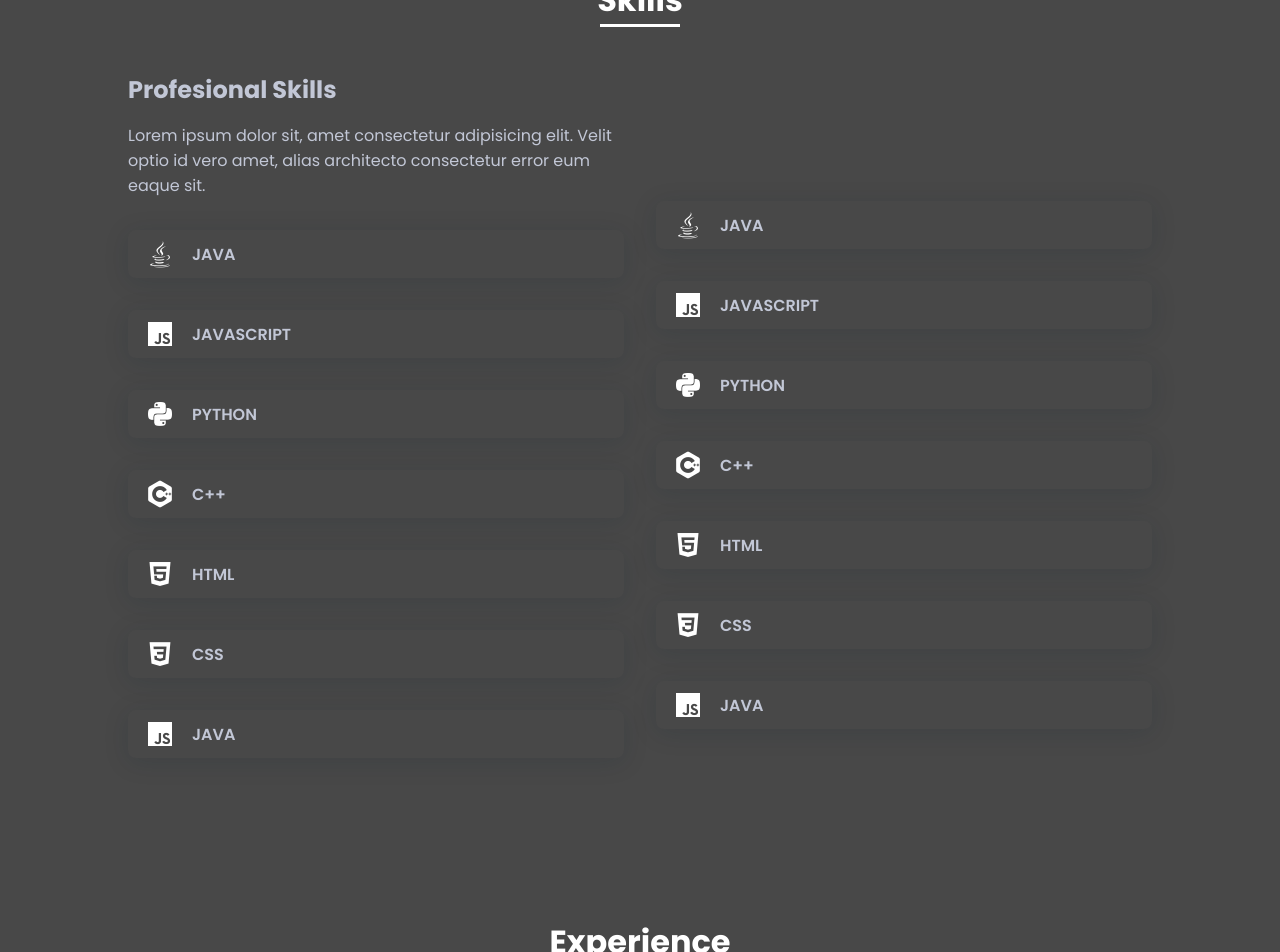
Repository: joshliu14/joshliu14.github.io
Page: index.html
The author's editor kept a copy of each file at every save. The page is drawn from the files as they stood at one save, then again after the next save.
The browser window is 1280 px wide. The pictures show the part of the page from y = 1266 to 2218 px (the page is 3595 px tall).
A picture or video elsewhere on the page could not be fetched, so the positions and the page height are approximate.

Above is the page before, as saved 2024-02-01 00:10:54.

### index.html
<!DOCTYPE html>
<html lang="en">
  <head>
    <meta charset="UTF-8" />
    <meta name="viewport" content="width=device-width, initial-scale=1.0" />

    <link rel="stylesheet" href="assets/css/web.css" />

    <!-- =====BOX ICONS===== -->
    <link
      href="https://unpkg.com/boxicons@2.1.4/css/boxicons.min.css"
      rel="stylesheet"
    />

    <title>Joshua Liu</title>
  </head>
  <body>
    <!--===== HEADER =====-->
    <header class="l-header">
      <nav class="nav bd-grid">
        <div>
          <a href="#" class="nav__logo">Joshua Liu</a>
        </div>

        <div class="nav__menu" id="nav-menu">
          <ul class="nav__list">
            <li class="nav__item">
              <a href="#home" class="nav__link active-link">Home</a>
            </li>
            <li class="nav__item">
              <a href="#about" class="nav__link">About</a>
            </li>
            <li class="nav__item">
              <a href="#skills" class="nav__link">Skills</a>
            </li>
            <li class="nav__item">
              <a href="#work" class="nav__link">Experience</a>
            </li>
            <li class="nav__item">
              <a href="#contact" class="nav__link">Info</a>
            </li>
          </ul>
        </div>

        <div class="nav__toggle" id="nav-toggle">
          <i class="bx bx-menu"></i>
        </div>
      </nav>
    </header>

    <main class="l-main">
      <!--===== HOME =====-->
      <section class="home bd-grid" id="home">
        <div class="home__data">
          <h1 class="home__title">
            Hi,<br />I'm <span class="home__title-color">Josh</span><br />
          </h1>

          <a href="resume.pdf" class="button">Resume</a>
        </div>

        <div class="home__social">
          <a
            href="https://www.linkedin.com/in/joshua-liu-727847208/"
            class="home__social-icon"
            ><i class="bx bxl-linkedin"></i
          ></a>
          <a href="" class="home__social-icon"
            ><i class="bx bxl-behance"></i
          ></a>
          <a href="https://github.com/joshliu14" class="home__social-icon"
            ><i class="bx bxl-github"></i
          ></a>
        </div>

        <div class="home__img">
          <svg
            class="home__blob"
            viewBox="0 0 479 467"
            xmlns="http://www.w3.org/2000/svg"
            xmlns:xlink="http://www.w3.org/1999/xlink"
          >
            <mask id="mask0" mask-type="alpha">
              <path
                d="M9.19024 145.964C34.0253 76.5814 114.865 54.7299 184.111 29.4823C245.804 6.98884 311.86 -14.9503 370.735 14.143C431.207 44.026 467.948 107.508 477.191 174.311C485.897 237.229 454.931 294.377 416.506 344.954C373.74 401.245 326.068 462.801 255.442 466.189C179.416 469.835 111.552 422.137 65.1576 361.805C17.4835 299.81 -17.1617 219.583 9.19024 145.964Z"
              />
            </mask>
            <g mask="url(#mask0)">
              <path
                d="M9.19024 145.964C34.0253 76.5814 114.865 54.7299 184.111 29.4823C245.804 6.98884 311.86 -14.9503 370.735 14.143C431.207 44.026 467.948 107.508 477.191 174.311C485.897 237.229 454.931 294.377 416.506 344.954C373.74 401.245 326.068 462.801 255.442 466.189C179.416 469.835 111.552 422.137 65.1576 361.805C17.4835 299.81 -17.1617 219.583 9.19024 145.964Z"
              />
              <image
                class="home__blob-img"
                x="30"
                y="65"
                href="assets/img/profile.png"
              />
            </g>
          </svg>
        </div>
      </section>

      <!--===== ABOUT =====-->
      <section class="about section" id="about">
        <h2 class="section-title">About</h2>

        <div class="about__container bd-grid">
          <div class="about__img">
            <img src="assets/img/about.png" alt="" />
          </div>

          <div>
            <h2 class="about__subtitle">I'm Josh</h2>
            <p class="about__text">
              I am currently a sophomore at Brandeis University pursuing a
              degree in Computer Science and Applied Mathematics. I am eager to
              contribute my programming skills to real-world scenarios, and I am
              actively seeking software engineering internship opportunities. My
              goal is to enhance my knowledge, apply theoretical concepts in
              practical settings, and contribute meaningfully to innovative
              projects.
            </p>
          </div>
        </div>
      </section>

      <!--===== SKILLS =====-->
      <section class="skills section" id="skills">
        <h2 class="section-title">Skills</h2>

        <div class="skills__container bd-grid">
          <div>
            <h2 class="skills__subtitle">Profesional Skills</h2>
            <p class="skills__text">
              Lorem ipsum dolor sit, amet consectetur adipisicing elit. Velit
              optio id vero amet, alias architecto consectetur error eum eaque
              sit.
            </p>
            <div class="skills__data">
              <div class="skills__names">
                <i class="bx bxl-java skills__icon"></i>
                <span class="skills__name">JAVA</span>
              </div>
            </div>
            <div class="skills__data">
              <div class="skills__names">
                <i class="bx bxl-javascript skills__icon"></i>
                <span class="skills__name">JAVASCRIPT</span>
              </div>
            </div>
            <div class="skills__data">
              <div class="skills__names">
                <i class="bx bxl-python skills__icon"></i>
                <span class="skills__name">PYTHON</span>
              </div>
            </div>
            <div class="skills__data">
              <div class="skills__names">
                <i class="bx bxl-c-plus-plus skills__icon"></i>
                <span class="skills__name">C++</span>
              </div>
            </div>
            <div class="skills__data">
              <div class="skills__names">
                <i class="bx bxl-html5 skills__icon"></i>
                <span class="skills__name">HTML</span>
              </div>
            </div>
            <div class="skills__data">
              <div class="skills__names">
                <i class="bx bxl-css3 skills__icon"></i>
                <span class="skills__name">CSS</span>
              </div>
            </div>
            <div class="skills__data">
              <div class="skills__names">
                <i class="bx bxl-javascript skills__icon"></i>
                <span class="skills__name">JAVA</span>
              </div>
            </div>
          </div>
          <div class="skills__column2">
            <div class="skills__data">
              <div class="skills__names">
                <i class="bx bxl-java skills__icon"></i>
                <span class="skills__name">JAVA</span>
              </div>
            </div>
            <div class="skills__data">
              <div class="skills__names">
                <i class="bx bxl-javascript skills__icon"></i>
                <span class="skills__name">JAVASCRIPT</span>
              </div>
            </div>
            <div class="skills__data">
              <div class="skills__names">
                <i class="bx bxl-python skills__icon"></i>
                <span class="skills__name">PYTHON</span>
              </div>
            </div>
            <div class="skills__data">
              <div class="skills__names">
                <i class="bx bxl-c-plus-plus skills__icon"></i>
                <span class="skills__name">C++</span>
              </div>
            </div>
            <div class="skills__data">
              <div class="skills__names">
                <i class="bx bxl-html5 skills__icon"></i>
                <span class="skills__name">HTML</span>
              </div>
            </div>
            <div class="skills__data">
              <div class="skills__names">
                <i class="bx bxl-css3 skills__icon"></i>
                <span class="skills__name">CSS</span>
              </div>
            </div>
            <div class="skills__data">
              <div class="skills__names">
                <i class="bx bxl-javascript skills__icon"></i>
                <span class="skills__name">JAVA</span>
              </div>
            </div>
          </div>
      </section>

      <!--===== Experience =====-->
      <section class="work section" id="work">
        <h2 class="section-title">Experience</h2>

        <div class="work__container bd-grid">
          <a href="" class="work__img">
            <img src="assets/img/work1.jpg" alt="" />
          </a>
          <a href="" class="work__img">
            <img src="assets/img/work2.jpg" alt="" />
          </a>
          <a href="" class="work__img">
            <img src="assets/img/work3.jpg" alt="" />
          </a>
          <a href="" class="work__img">
            <img src="assets/img/work4.jpg" alt="" />
          </a>
          <a href="" class="work__img">
            <img src="assets/img/work5.jpg" alt="" />
          </a>
          <a href="" class="work__img">
            <img src="assets/img/work6.jpg" alt="" />
          </a>
        </div>
      </section>

      <!--===== CONTACT =====-->
      <section class="contact section" id="contact">
        <h2 class="section-title">Info</h2>
        <p class="contact__input">joshuagyliu@gmail.com</p>
        <p class="contact__input">949-551-8585</p>
        <p class="contact__input">Boston, MA</p>
      </section>
    </main>

    <!--===== FOOTER =====-->
    <footer class="footer">
      <p class="footer__title">Josh Liu</p>
      <div class="footer__social">
        <a href="https://www.facebook.com/josh.liu.9847" class="footer__icon"
          ><i class="bx bxl-facebook"></i
        ></a>
        <a href="https://www.instagram.com/joshliu_" class="footer__icon"
          ><i class="bx bxl-instagram"></i
        ></a>
        <a href="https://twitter.com/jahliu" class="footer__icon"
          ><i class="bx bxl-twitter"></i
        ></a>
      </div>
      <p class="footer__copy">&#169; Joshua Liu</p>
    </footer>

    <!--===== SCROLL REVEAL =====-->
    <script src="https://unpkg.com/scrollreveal"></script>

    <!--===== MAIN JS =====-->
    <script src="assets/js/main.js"></script>
  </body>
</html>

### assets/css/web.css
/*===== GOOGLE FONTS =====*/
@import url("https://fonts.googleapis.com/css2?family=Poppins:wght@400;600;700&display=swap");
/*===== VARIABLES CSS =====*/
:root {
  --header-height: 3rem;
  --font-semi: 600;
  /*===== Colores =====*/
  /*Purple 260 - Red 355 - Blue 224 - Pink 340*/
  /* HSL color mode */
  --hue-color: 224;
  --first-color: hsl(var(--hue-color), 0%, 100%);
  --second-color: hsl(var(--hue-color), 20%, 80%);
  /*===== Fuente y tipografia =====*/
  --body-font: "Poppins", sans-serif;
  --big-font-size: 2rem;
  --h2-font-size: 1.25rem;
  --normal-font-size: 0.938rem;
  --smaller-font-size: 0.75rem;
  /*===== Margenes =====*/
  --mb-2: 1rem;
  --mb-4: 2rem;
  --mb-5: 2.5rem;
  --mb-6: 3rem;
  /*===== z index =====*/
  --z-back: -10;
  --z-fixed: 100;
}
@media screen and (min-width: 968px) {
  :root {
    --big-font-size: 3.5rem;
    --h2-font-size: 2rem;
    --normal-font-size: 1rem;
    --smaller-font-size: 0.875rem;
  }
}

/*===== BASE =====*/
*,
::before,
::after {
  box-sizing: border-box;
}

html {
  scroll-behavior: smooth;
}

body {
  margin: var(--header-height) 0 0 0;
  font-family: var(--body-font);
  font-size: var(--normal-font-size);
  color: var(--second-color);
  background-color: #484848;
}

h1,
h2,
p {
  margin: 0;
}

ul {
  margin: 0;
  padding: 0;
  list-style: none;
}

a {
  text-decoration: none;
}

img {
  max-width: 100%;
  height: auto;
  display: block;
}

/*===== CLASS CSS ===== */
.section-title {
  position: relative;
  font-size: var(--h2-font-size);
  color: var(--first-color);
  margin-top: var(--mb-2);
  margin-bottom: var(--mb-4);
  text-align: center;
}
.section-title::after {
  position: absolute;
  content: "";
  width: 64px;
  height: 0.18rem;
  left: 0;
  right: 0;
  margin: auto;
  top: 2rem;
  background-color: var(--first-color);
}

.section {
  padding-top: 3rem;
  padding-bottom: 2rem;
}

/*===== LAYOUT =====*/
.bd-grid {
  max-width: 1024px;
  display: grid;
  margin-left: var(--mb-2);
  margin-right: var(--mb-2);
}

.l-header {
  width: 100%;
  position: fixed;
  top: 0;
  left: 0;
  z-index: var(--z-fixed);
  background-color: #484848;
  box-shadow: 0 1px 4px rgba(146, 161, 176, 0.15);
}

/*===== NAV =====*/
.nav {
  height: var(--header-height);
  display: flex;
  justify-content: space-between;
  align-items: center;
  font-weight: var(--font-semi);
}
@media screen and (max-width: 767px) {
  .nav__menu {
    position: fixed;
    top: var(--header-height);
    right: -100%;
    width: 80%;
    height: 100%;
    padding: 2rem;
    background-color: var(--second-color);
    transition: 0.5s;
  }
}
.nav__item {
  margin-bottom: var(--mb-4);
}
.nav__link {
  position: relative;
  color: #fff;
}
.nav__link:hover {
  position: relative;
}
.nav__link:hover::after {
  position: absolute;
  content: "";
  width: 100%;
  height: 0.18rem;
  left: 0;
  top: 2rem;
  background-color: var(--first-color);
}
.nav__logo {
  color: var(--second-color);
}
.nav__toggle {
  color: var(--second-color);
  font-size: 1.5rem;
  cursor: pointer;
}

/*Active menu*/
.active-link::after {
  position: absolute;
  content: "";
  width: 100%;
  height: 0.18rem;
  left: 0;
  top: 2rem;
  background-color: var(--first-color);
}

/*=== Show menu ===*/
.show {
  right: 0;
}

/*===== HOME =====*/
.home {
  position: relative;
  row-gap: 5rem;
  padding: 4rem 0 5rem;
}
.home__data {
  align-self: center;
}
.home__title {
  font-size: var(--big-font-size);
  margin-bottom: var(--mb-5);
}
.home__title-color {
  color: var(--first-color);
}
.home__social {
  display: flex;
  flex-direction: column;
}
.home__social-icon {
  width: max-content;
  margin-bottom: var(--mb-2);
  font-size: 1.5rem;
  color: var(--second-color);
}
.home__social-icon:hover {
  color: var(--first-color);
}
.home__img {
  position: absolute;
  right: 0;
  bottom: 0;
  width: 260px;
}
.home__blob {
  fill: var(--first-color);
}
.home__blob-img {
  width: 400px;
}

/*BUTTONS*/
.button {
  display: inline-block;
  background-color: var(--first-color);
  color: #000000;
  padding: 0.75rem 2.5rem;
  font-weight: var(--font-semi);
  border-radius: 0.5rem;
  transition: 0.3s;
}
.button:hover {
  box-shadow: 0px 10px 36px rgba(0, 0, 0, 0.15);
}

/* ===== ABOUT =====*/
.about__container {
  row-gap: 2rem;
  text-align: center;
}
.about__subtitle {
  margin-bottom: var(--mb-2);
}
.about__img {
  justify-self: center;
}
.about__img img {
  width: 200px;
  border-radius: 0.5rem;
}

/* ===== SKILLS =====*/
.skills__container {
  row-gap: 2rem;
  text-align: center;
}
.skills__column2 {
  margin-top: 100px;
}
.skills__subtitle {
  margin-bottom: var(--mb-2);
}
.skills__text {
  margin-bottom: var(--mb-4);
}
.skills__data {
  display: flex;
  justify-content: space-between;
  align-items: center;
  position: relative;
  font-weight: var(--font-semi);
  padding: 0.5rem 1rem;
  margin-bottom: var(--mb-4);
  border-radius: 0.5rem;
  box-shadow: 0px 4px 25px rgba(14, 36, 49, 0.15);
}
.skills__icon {
  font-size: 2rem;
  margin-right: var(--mb-2);
  color: var(--first-color);
}
.skills__names {
  display: flex;
  align-items: center;
}
.skills__bar {
  position: absolute;
  left: 0;
  bottom: 0;
  background-color: var(--first-color);
  height: 0.25rem;
  border-radius: 0.5rem;
  z-index: var(--z-back);
}
.skills__html {
  width: 95%;
}
.skills__css {
  width: 85%;
}
.skills__js {
  width: 65%;
}
.skills__ux {
  width: 85%;
}
.skills__img {
  border-radius: 0.5rem;
}

/* ===== WORK =====*/
.work__container {
  row-gap: 2rem;
}
.work__img {
  box-shadow: 0px 4px 25px rgba(14, 36, 49, 0.15);
  border-radius: 0.5rem;
  overflow: hidden;
}
.work__img img {
  transition: 1s;
}
.work__img img:hover {
  transform: scale(1.1);
}

/* ===== CONTACT =====*/
.contact__input {
  text-align: center;
  font-size: var(--normal-font-size);
  font-weight: var(--font-semi);
  padding: 1rem;
  margin-bottom: var(--mb-4);
}

/* ===== FOOTER =====*/
.footer {
  background-color: var(--second-color);
  color: #484848;
  text-align: center;
  font-weight: var(--font-semi);
  padding: 2rem 0;
}
.footer__title {
  font-size: 2rem;
  margin-bottom: var(--mb-4);
}
.footer__social {
  margin-bottom: var(--mb-4);
}
.footer__icon {
  font-size: 1.5rem;
  color: #484848;
  margin: 0 var(--mb-2);
}
.footer__copy {
  font-size: var(--smaller-font-size);
}

/* ===== MEDIA QUERIES=====*/
@media screen and (max-width: 320px) {
  .home {
    row-gap: 2rem;
  }
  .home__img {
    width: 200px;
  }
}
@media screen and (min-width: 576px) {
  .home {
    padding: 4rem 0 2rem;
  }
  .home__social {
    padding-top: 0;
    padding-bottom: 2.5rem;
    flex-direction: row;
    align-self: flex-end;
  }
  .home__social-icon {
    margin-bottom: 0;
    margin-right: var(--mb-4);
  }
  .home__img {
    width: 300px;
    bottom: 25%;
  }
  .about__container {
    grid-template-columns: repeat(2, 1fr);
    align-items: center;
    text-align: initial;
  }
  .skills__container {
    grid-template-columns: 0.7fr;
    justify-content: center;
    column-gap: 1rem;
  }
  .work__container {
    grid-template-columns: repeat(2, 1fr);
    column-gap: 2rem;
    padding-top: 2rem;
  }
}
@media screen and (min-width: 768px) {
  body {
    margin: 0;
  }
  .section {
    padding-top: 4rem;
    padding-bottom: 3rem;
  }
  .section-title {
    margin-bottom: var(--mb-6);
  }
  .section-title::after {
    width: 80px;
    top: 3rem;
  }
  .nav {
    height: calc(var(--header-height) + 1.5rem);
  }
  .nav__list {
    display: flex;
    padding-top: 0;
  }
  .nav__item {
    margin-left: var(--mb-6);
    margin-bottom: 0;
  }
  .nav__toggle {
    display: none;
  }
  .nav__link {
    color: var(--second-color);
  }
  .home {
    padding: 8rem 0 2rem;
  }
  .home__img {
    width: 400px;
    bottom: 10%;
  }
  .about__container {
    padding-top: 2rem;
  }
  .about__img img {
    width: 300px;
  }
  .skills__container {
    grid-template-columns: repeat(2, 1fr);
    column-gap: 2rem;
    align-items: center;
    text-align: initial;
  }
  .work__container {
    grid-template-columns: repeat(3, 1fr);
    column-gap: 2rem;
  }
}
@media screen and (min-width: 992px) {
  .bd-grid {
    margin-left: auto;
    margin-right: auto;
  }
  .home {
    padding: 10rem 0 2rem;
  }
  .home__img {
    width: 450px;
  }
}

### assets/js/main.js
/*===== MENU SHOW =====*/
const showMenu = (toggleId, navId) => {
  const toggle = document.getElementById(toggleId),
    nav = document.getElementById(navId);

  if (toggle && nav) {
    toggle.addEventListener("click", () => {
      nav.classList.toggle("show");
    });
  }
};
showMenu("nav-toggle", "nav-menu");

/*==================== REMOVE MENU MOBILE ====================*/
const navLink = document.querySelectorAll(".nav__link");

function linkAction() {
  const navMenu = document.getElementById("nav-menu");
  // When we click on each nav__link, we remove the show-menu class
  navMenu.classList.remove("show");
}
navLink.forEach((n) => n.addEventListener("click", linkAction));

/*==================== SCROLL SECTIONS ACTIVE LINK ====================*/
const sections = document.querySelectorAll("section[id]");

const scrollActive = () => {
  const scrollDown = window.scrollY;

  sections.forEach((current) => {
    const sectionHeight = current.offsetHeight,
      sectionTop = current.offsetTop - 58,
      sectionId = current.getAttribute("id"),
      sectionsClass = document.querySelector(
        ".nav__menu a[href*=" + sectionId + "]"
      );

    if (scrollDown > sectionTop && scrollDown <= sectionTop + sectionHeight) {
      sectionsClass.classList.add("active-link");
    } else {
      sectionsClass.classList.remove("active-link");
    }
  });
};
window.addEventListener("scroll", scrollActive);

/*===== SCROLL REVEAL ANIMATION =====*/
const sr = ScrollReveal({
  origin: "top",
  distance: "60px",
  duration: 2000,
  delay: 200,
  //     reset: true
});

sr.reveal(".home__data, .about__img, .skills__subtitle, .skills__text", {});
sr.reveal(".home__img, .about__subtitle, .about__text, .skills__img", {
  delay: 400,
});
sr.reveal(".home__social-icon", { interval: 200 });
sr.reveal(".skills__data, .work__img, .contact__input", { interval: 200 });

After the next save:
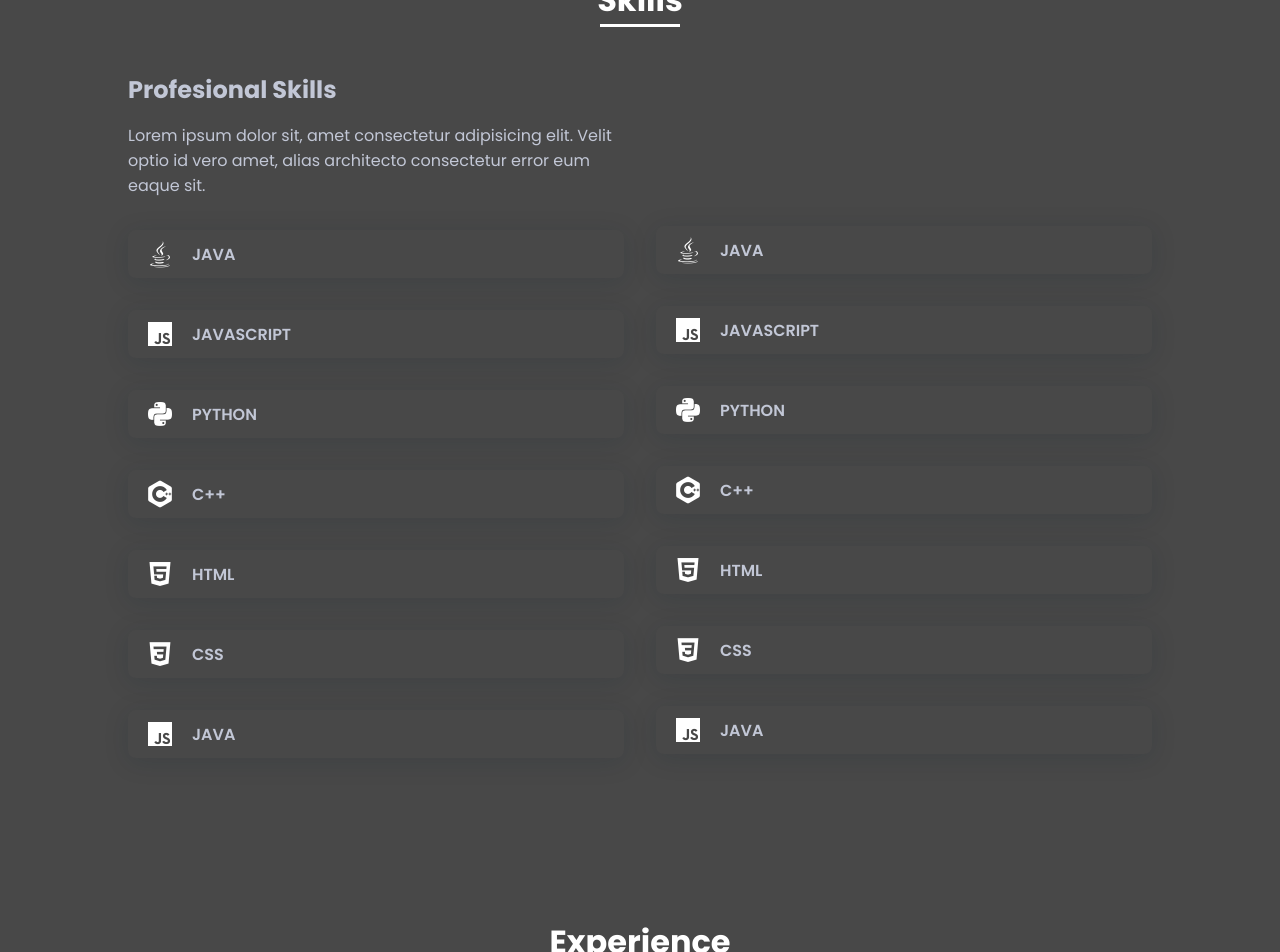
Saved 13 s later.
--- a/assets/css/web.css
+++ b/assets/css/web.css
@@ -261,7 +261,7 @@ img {
   text-align: center;
 }
 .skills__column2 {
-  margin-top: 100px;
+  margin-top: 150px;
 }
 .skills__subtitle {
   margin-bottom: var(--mb-2);
